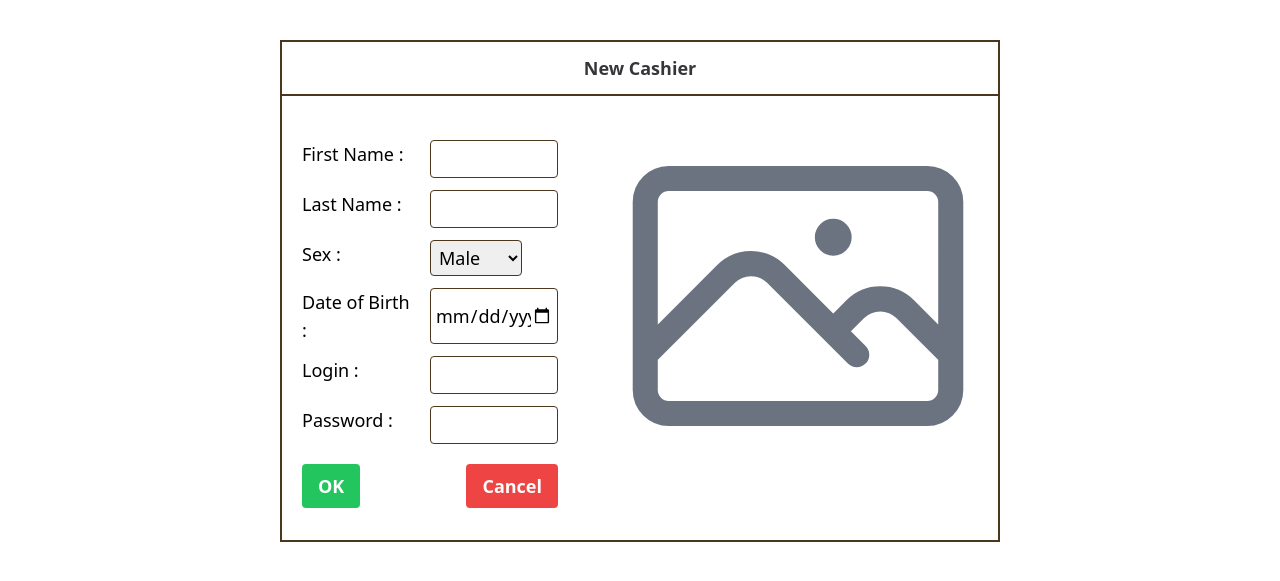
Repository: Dapravith/Midterm-SE-GIC-Cafe-Project-Group16
Page: src/main/resources/templates/addCashier.html
The author's editor kept a copy of each file at every save. The page is drawn from the files as they stood at one save, then again after the next save.
The browser window is 1280 px wide. The pictures show the whole page.
Some web libraries are served in a nearby version.

Above is the page before, as saved 2023-05-17 10:39:25.

### src/main/resources/templates/addCashier.html
<!DOCTYPE html>
<html lang="en">
  <head>
    <meta charset="UTF-8" />
    <meta http-equiv="X-UA-Compatible" content="IE=edge" />
    <meta name="viewport" content="width=device-width, initial-scale=1.0" />
    <title>Add New Cashier</title>
    <script src="https://cdn.tailwindcss.com"></script>
    <style>
      * {
        margin: 0;
        padding: 0;
        box-sizing: border-box;
      }

      button:hover {
        box-shadow: 0 14px 15px 0 rgba(36, 149, 198, 0.921),
          0 17px 60px 0 rgba(90, 81, 81, 0.19);
      }

      .text-center {
        color: rgb(54, 54, 58);
        justify-content: center;
        font-weight: bold;
      }
    </style>
  </head>

  <body class="m-10 text-lg">
    <!-- CRUD CASHIERS -->
    <div
      class="new_cashier w-[60%] h-fit m-auto border-[2px] border-solid border-[#4B371C]"
    >
      <div class="p-3 head">
        <h2 class="text-center">New Cashier</h2>
      </div>
      <div class="w-[100%] border-[1px] border-solid border-[#4B371C]"></div>
      <div class="flex">
        <div class="add_cashier w-[60%]">
          <div class="py-3">
            <form action="#" class="p-5">
              <div class="grid grid-cols-2 mt-3">
                <label class="mr-5" for="firstName">First Name :</label>
                <input
                  type="text"
                  id="firstName"
                  name=""
                  class="p-1 border-[1px] border-solid border-[#4B371C] rounded"
                  placeholder=""
                />
              </div>
              <div class="grid grid-cols-2 mt-3">
                <label class="mr-5" for="lastName">Last Name :</label>
                <input
                  type="text"
                  id="lastName"
                  name=""
                  class="p-1 border-[1px] border-solid border-[#4B371C] rounded"
                  placeholder=""
                />
              </div>
              <div class="grid grid-cols-2 mt-3">
                <label class="mr-5" for="sex">Sex :</label>
                <div class="flex justify-between">
                  <select
                    type="add-item"
                    id="sex"
                    name=""
                    class="p-1 border-[1px] border-solid border-[#4B371C] rounded"
                    placeholder=""
                  >
                    <option value="male">Male</option>
                    <option value="female">Female</option>
                  </select>
                </div>
              </div>
              <div class="grid grid-cols-2 mt-3">
                <label class="mr-5" for="dob">Date of Birth :</label>
                <input
                  type="date"
                  id="dob"
                  name=""
                  class="p-1 border-[1px] border-solid border-[#4B371C] rounded"
                  placeholder=""
                />
              </div>
              <div class="grid grid-cols-2 mt-3">
                <label class="mr-5" for="login">Login :</label>
                <input
                  type="text"
                  id="login"
                  name=""
                  class="p-1 border-[1px] border-solid border-[#4B371C] rounded"
                  placeholder=""
                />
              </div>
              <div class="grid grid-cols-2 mt-3">
                <label class="mr-5" for="password">Password :</label>
                <input
                  type="password"
                  id="password"
                  name=""
                  class="p-1 border-[1px] border-solid border-[#4B371C] rounded"
                  placeholder=""
                />
              </div>
              <div class="flex justify-between mt-5">
                <button
                  id="okButton"
                  class="px-4 py-2 font-bold text-white bg-green-500 rounded hover:bg-green-700"
                >
                  OK
                </button>
                <button
                  id="cancelButton"
                  class="px-4 py-2 font-bold text-white bg-red-500 rounded hover:bg-red-700"
                >
                  Cancel
                </button>
              </div>
            </form>
          </div>
        </div>
        <div class="ml-5 img">
          <form action="#">
            <input
              id="file-input"
              type="file"
              name="file"
              hidden
              accept="image/*"
            />
            <label for="file-input" class="cursor-pointer">
              <div
                id="image-preview"
                class="w-[400px] h-fit p-3 border-[#4B371C]"
              >
                <svg
                  xmlns="http://www.w3.org/2000/svg"
                  fill="none"
                  viewBox="0 0 24 24"
                  stroke-width="1.6"
                  stroke="currentColor"
                  class="w-full h-full text-gray-500"
                >
                  <path
                    stroke-linecap="round"
                    stroke-linejoin="round"
                    d="M2.25 15.75l5.159-5.159a2.25 2.25 0 013.182 0l5.159 5.159m-1.5-1.5l1.409-1.409a2.25 2.25 0 013.182 0l2.909 2.909m-18 3.75h16.5a1.5 1.5 0 001.5-1.5V6a1.5 1.5 0 00-1.5-1.5H3.75A1.5 1.5 0 002.25 6v12a1.5 1.5 0 001.5 1.5zm10.5-11.25h.008v.008h-.008V8.25zm.375 0a.375.375 0 11-.75 0 .375.375 0 01.75 0z"
                  />
                </svg>
              </div>
            </label>
          </form>
          <div id="file-name" class="mt-2 text-sm text-gray-600"></div>
        </div>
      </div>
    </div>
    <script>
      // Get elements
      const fileInput = document.getElementById("file-input");
      const imagePreview = document.getElementById("image-preview");
      const fileName = document.getElementById("file-name");

      // Add event listener to file input
      fileInput.addEventListener("change", (e) => {
        const file = e.target.files[0];
        if (file) {
          // Display file name
          fileName.textContent = file.name;

          // Read the uploaded file as a data URL
          const reader = new FileReader();
          reader.onload = (event) => {
            imagePreview.style.backgroundImage = `url('${event.target.result}')`;
          };
          reader.readAsDataURL(file);
        }
      });

      // Add event listener to Cancel button
      const cancelButton = document.getElementById("cancelButton");
      cancelButton.addEventListener("click", (e) => {
        e.preventDefault();
        // Perform cancel operation
        console.log("Cancel button clicked");
      });

      // Add event listener to OK button
      const okButton = document.getElementById("okButton");
      okButton.addEventListener("click", (e) => {
        e.preventDefault();
        // Perform OK operation
        console.log("OK button clicked");
      });
    </script>
  </body>
</html>

After the next save:
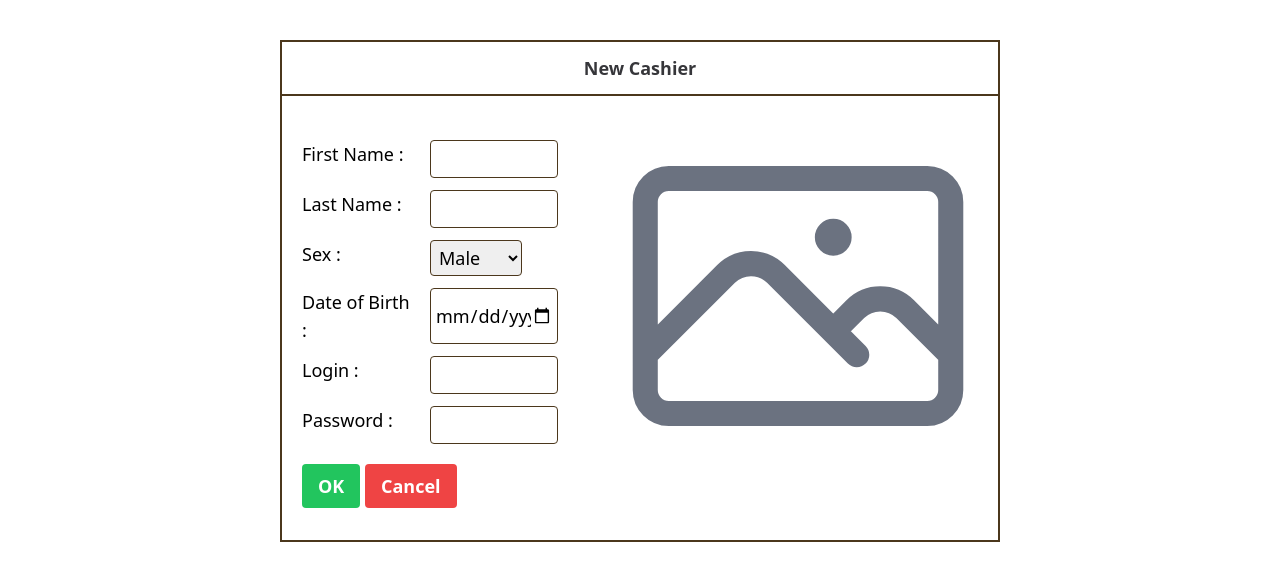
Saved 5 min 36 s later.
--- a/src/main/resources/templates/addCashier.html
+++ b/src/main/resources/templates/addCashier.html
@@ -104,15 +104,14 @@
                   placeholder=""
                 />
               </div>
-              <div class="flex justify-between mt-5">
+              <div class="mt-5">
                 <button
-                  id="okButton"
+                  id="addCashierBtn"
                   class="px-4 py-2 font-bold text-white bg-green-500 rounded hover:bg-green-700"
                 >
                   OK
                 </button>
                 <button
-                  id="cancelButton"
                   class="px-4 py-2 font-bold text-white bg-red-500 rounded hover:bg-red-700"
                 >
                   Cancel
@@ -151,47 +150,35 @@
                 </svg>
               </div>
             </label>
+            <div id="file-name" class="mt-3 text-gray-500"></div>
           </form>
-          <div id="file-name" class="mt-2 text-sm text-gray-600"></div>
         </div>
       </div>
     </div>
     <script>
-      // Get elements
       const fileInput = document.getElementById("file-input");
       const imagePreview = document.getElementById("image-preview");
       const fileName = document.getElementById("file-name");
 
-      // Add event listener to file input
-      fileInput.addEventListener("change", (e) => {
-        const file = e.target.files[0];
+      fileInput.addEventListener("change", () => {
+        const file = fileInput.files[0];
+
         if (file) {
-          // Display file name
-          fileName.textContent = file.name;
+          const reader = new FileReader();
 
-          // Read the uploaded file as a data URL
-          const reader = new FileReader();
-          reader.onload = (event) => {
-            imagePreview.style.backgroundImage = `url('${event.target.result}')`;
+          reader.onload = () => {
+            imagePreview.style.backgroundImage = `url ('${reader.result}')`;
           };
           reader.readAsDataURL(file);
+
+          fileName.textContent = file.name;
         }
       });
 
-      // Add event listener to Cancel button
-      const cancelButton = document.getElementById("cancelButton");
-      cancelButton.addEventListener("click", (e) => {
+      const addCashierBtn = document.getElementById("addCashierBtn");
+      addCashierBtn.addEventListener("click", (e) => {
         e.preventDefault();
-        // Perform cancel operation
-        console.log("Cancel button clicked");
-      });
-
-      // Add event listener to OK button
-      const okButton = document.getElementById("okButton");
-      okButton.addEventListener("click", (e) => {
-        e.preventDefault();
-        // Perform OK operation
-        console.log("OK button clicked");
+        // Add your code to handle the add cashier button click event here
       });
     </script>
   </body>
